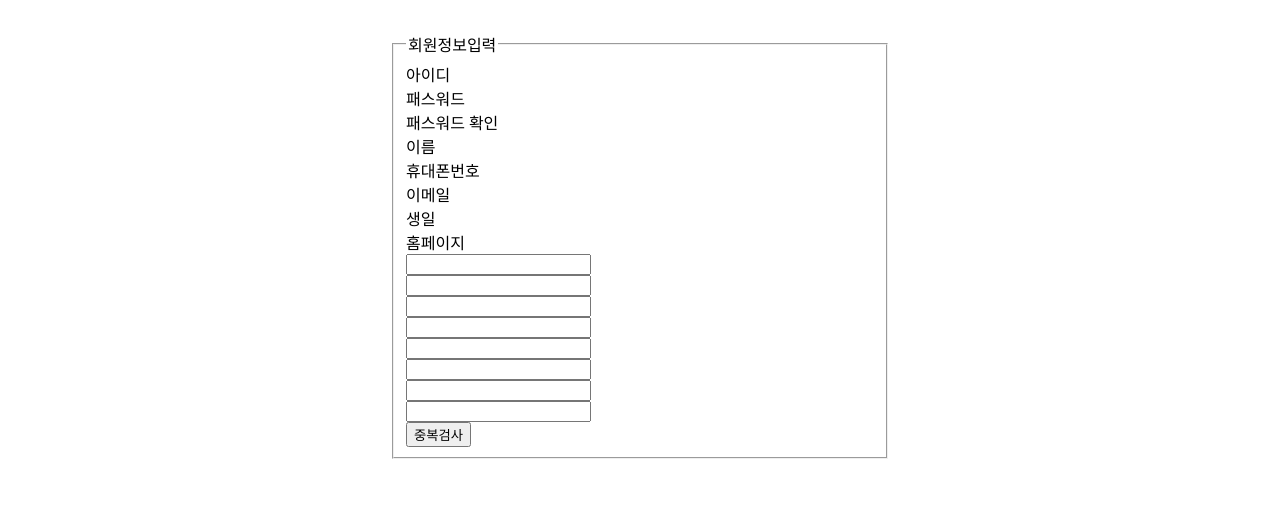
Repository: saysang22/servlet
Page: http://localhost/BookMarket/validationExample.jsp
The author's editor kept a copy of each file at every save. The page is drawn from the files as they stood at one save, then again after the next save.
The browser window is 1280 px wide. The pictures show the whole page.
The page is served by Tomcat 10.

Above is the page before, as saved 2024-05-31 07:52:02.

After the next save:
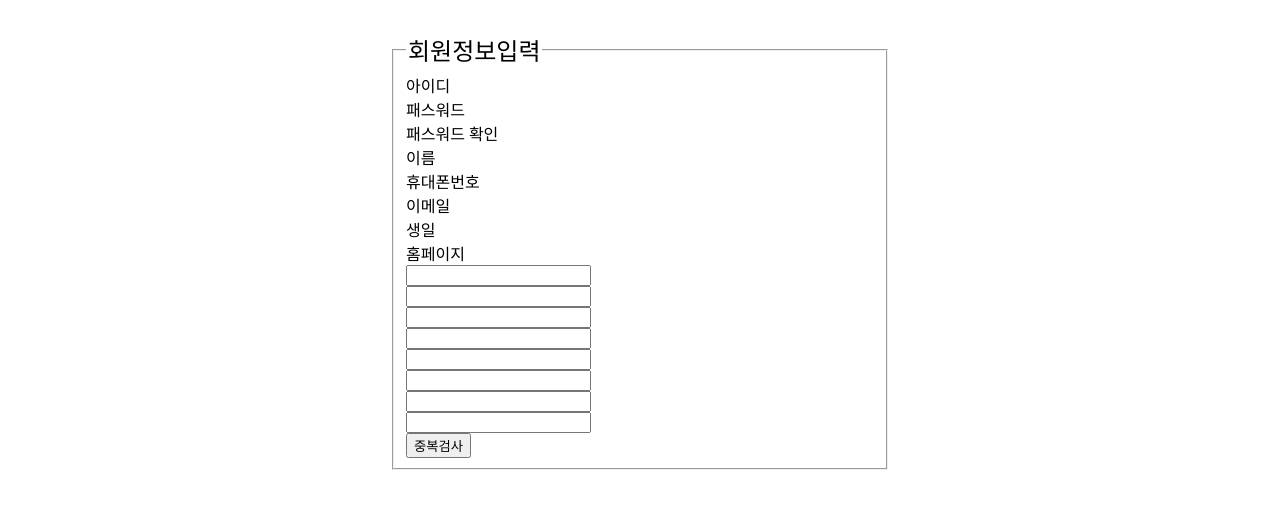
Saved 23 s later.
--- a/BookMarket/src/main/webapp/resources/css/validationExample.css
+++ b/BookMarket/src/main/webapp/resources/css/validationExample.css
@@ -5,6 +5,9 @@ form {
 	margin: 2rem auto 0;
 }
 
+legend {
+	font-size: 1.5rem;
+}
 
 ul {
 	list-style: none;
